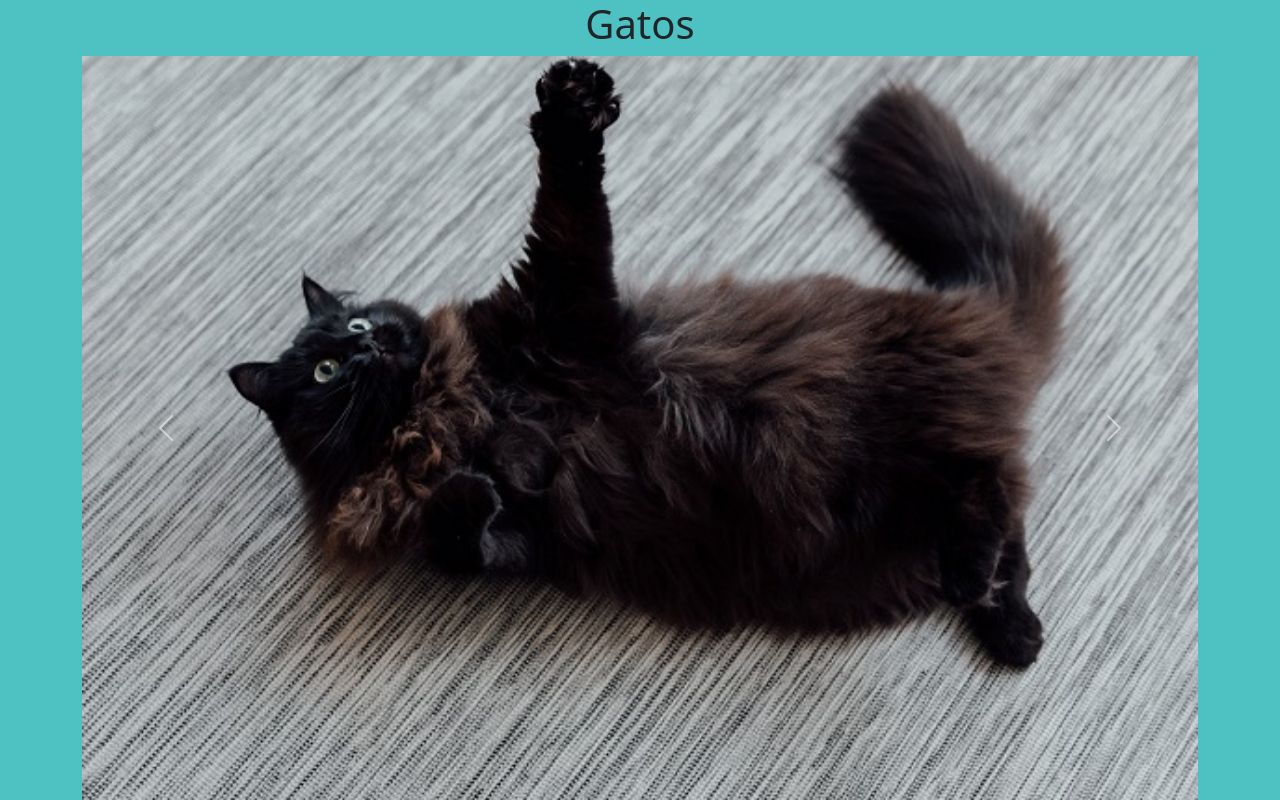
Repository: SktYzu/gatitu
Page: index.html
An editor plug-in stored every save of this project. The page is shown before and after a run of saves, followed by the edit.
The browser window is 1280 px wide. The pictures show the whole page.

Above is the page before, as saved 2023-11-27 15:57:15.

### index.html
<!DOCTYPE html>
<html lang="pt-BR">

<head>
    <meta charset="UTF-8">
    <meta name="viewport" content="width=device-width, initial-scale=1.0">
    <link rel="stylesheet" href="https://cdn.jsdelivr.net/npm/bootstrap@5.3.2/dist/css/bootstrap.min.css">
    <script src="https://cdn.jsdelivr.net/npm/bootstrap@5.3.2/dist/js/bootstrap.bundle.min.js"
        integrity="sha384-C6RzsynM9kWDrMNeT87bh95OGNyZPhcTNXj1NW7RuBCsyN/o0jlpcV8Qyq46cDfL"
        crossorigin="anonymous"></script>
    <title>Gatitus</title>
    <style>
        body {
            background-image: url('cat.jpg');
            background-size: cover;
        }

        .img-fluid {
            height: 400px;
        }
    </style>
</head>

<body>


    <h1 class="container text-center">Gatos</h1>
    <div class="container">

        <div id="carouselExample" class="carousel slide">
        <div class="carousel-inner">
            <div class="carousel-item active">
                <img src="1.jpg" class="d-block w-100" alt="...">
            </div>
            <div class="carousel-item">
                <img src="2.jpg" class="d-block w-100" alt="...">
            </div>
            <div class="carousel-item">
                <img src="3.jpg" class="d-block w-100" alt="...">
            </div>
            <div class="carousel-item">
                <img src="4.jpg" class="d-block w-100" alt="...">
            </div>
            <div class="carousel-item">
                <img src="5.jpg" class="d-block w-100" alt="...">
            </div>
            <div class="carousel-item">
                <img src="6.jpg" class="d-block w-100" alt="...">
            </div>
            <div class="carousel-item">
                <img src="7.jpg" class="d-block w-100" alt="...">
            </div>
            <div class="carousel-item">
                <img src="8.jpg" class="d-block w-100" alt="...">
            </div>
            <div class="carousel-item">
                <img src="9.jpg" class="d-block w-100" alt="...">
            </div>
        </div>
        <button class="carousel-control-prev" type="button" data-bs-target="#carouselExample" data-bs-slide="prev">
            <span class="carousel-control-prev-icon" aria-hidden="true"></span>
            <span class="visually-hidden">Previous</span>
        </button>
        <button class="carousel-control-next" type="button" data-bs-target="#carouselExample" data-bs-slide="next">
            <span class="carousel-control-next-icon" aria-hidden="true"></span>
            <span class="visually-hidden">Next</span>
        </button>
    </div>
    </div>
</body>

</html>

After the next 2 saves:
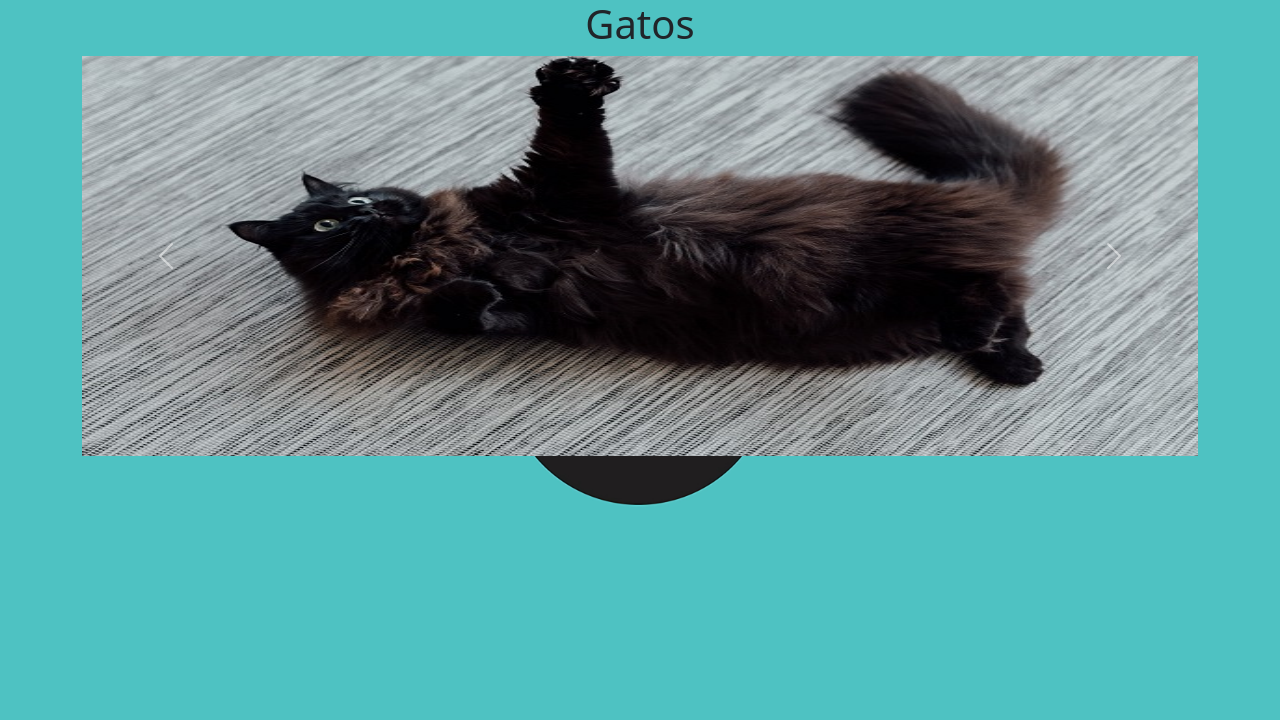
The 2 saves are shown as one change because they came seconds apart.
The last was saved 100 s later.
--- a/index.html
+++ b/index.html
@@ -30,7 +30,7 @@
         <div id="carouselExample" class="carousel slide">
         <div class="carousel-inner">
             <div class="carousel-item active">
-                <img src="1.jpg" class="d-block w-100" alt="...">
+                <img src="1.jpg" class="d-block w-100" alt="..." height="400px">
             </div>
             <div class="carousel-item">
                 <img src="2.jpg" class="d-block w-100" alt="...">
